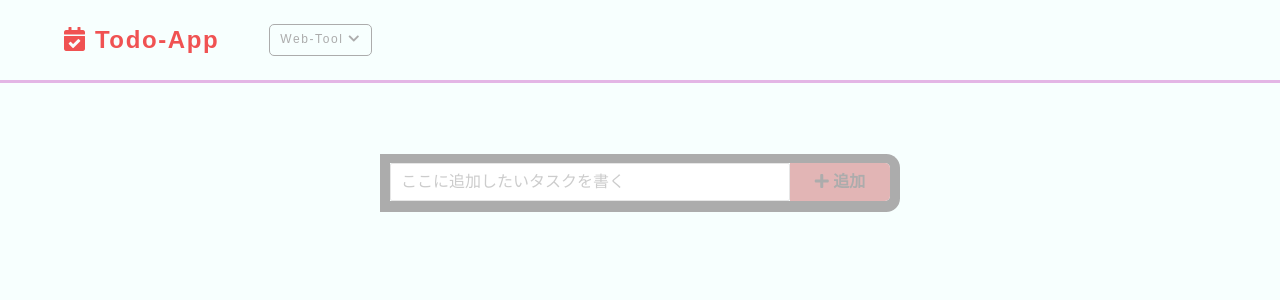
Repository: Hiroshii-m/todo_vue
Page: index.html
The author's editor kept a copy of each file at every save. The page is drawn from the files as they stood at one save, then again after a run of saves.
The browser window is 1280 px wide. The pictures show the whole page.
The style sheet was rebuilt from its Sass, Less or Tailwind sources for each picture, by a compiler version that may differ from the author's.

Above is the page before, as saved 2021-06-26 18:34:19.

After the next 2 saves:
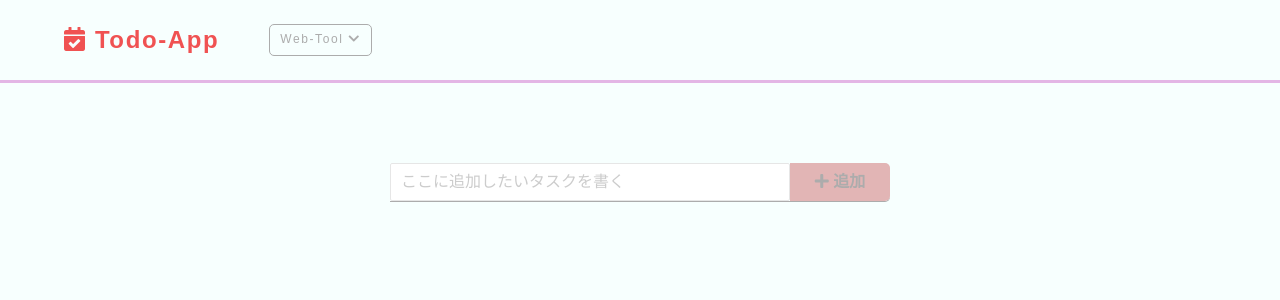
The 2 saves are shown as one change because they came seconds apart.
The last was saved 6 s later.
--- a/src/scss/style.scss
+++ b/src/scss/style.scss
@@ -48,7 +48,7 @@
     max-width: 500px;
     margin: 0 auto;
     border-radius: 0 5px 5px 0;
-    box-shadow: 0 1px 0px 10px;
+    box-shadow: 0 1px 0px 0px;
     overflow: hidden;
     &__input {
         width: 80%;
